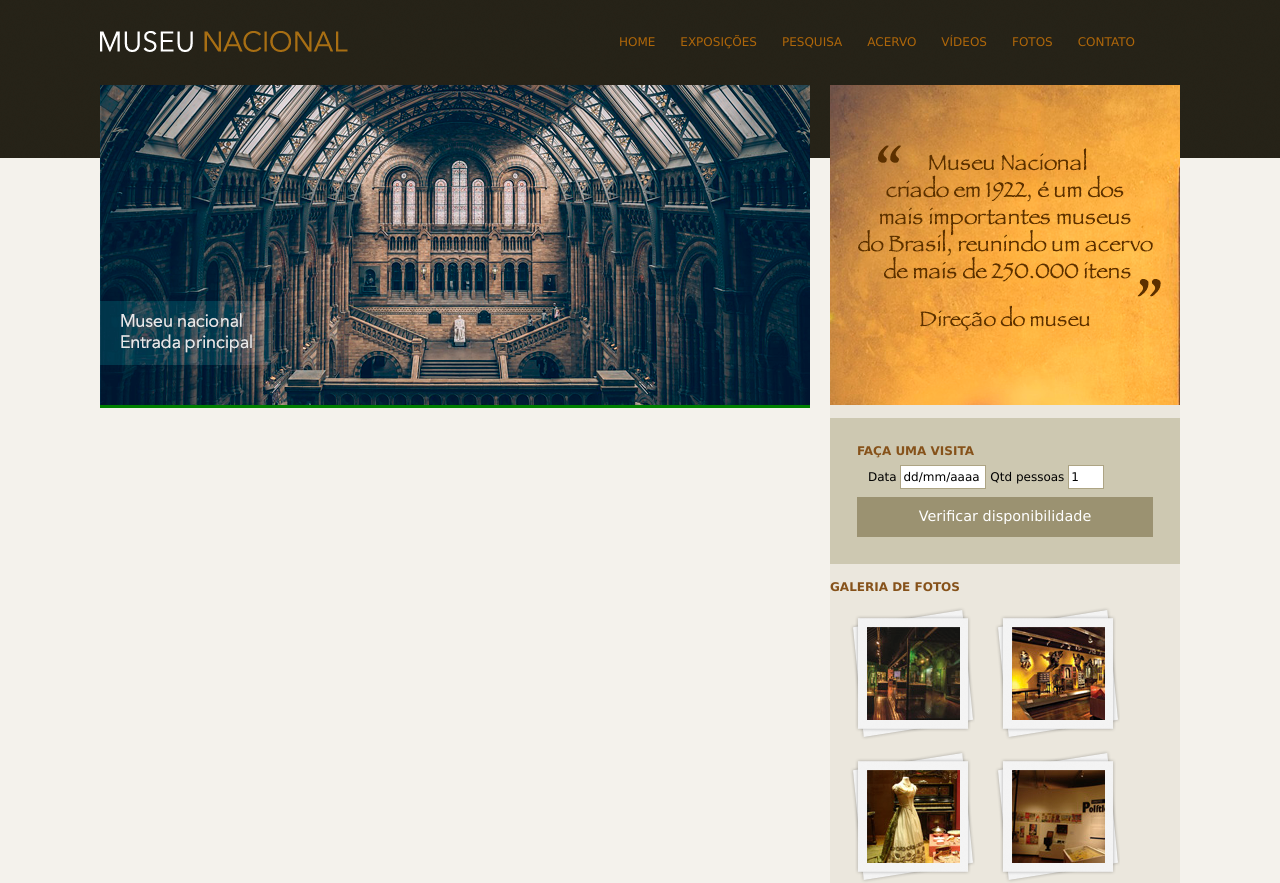
Repository: GustavoScopinho/Museu-Nacional
Page: index.html
An editor plug-in stored every save of this project. The page is shown before and after the next save, followed by the edit.
The browser window is 1280 px wide. The pictures show the whole page.

Above is the page before, as saved 2022-07-05 01:32:11.

After the next save:
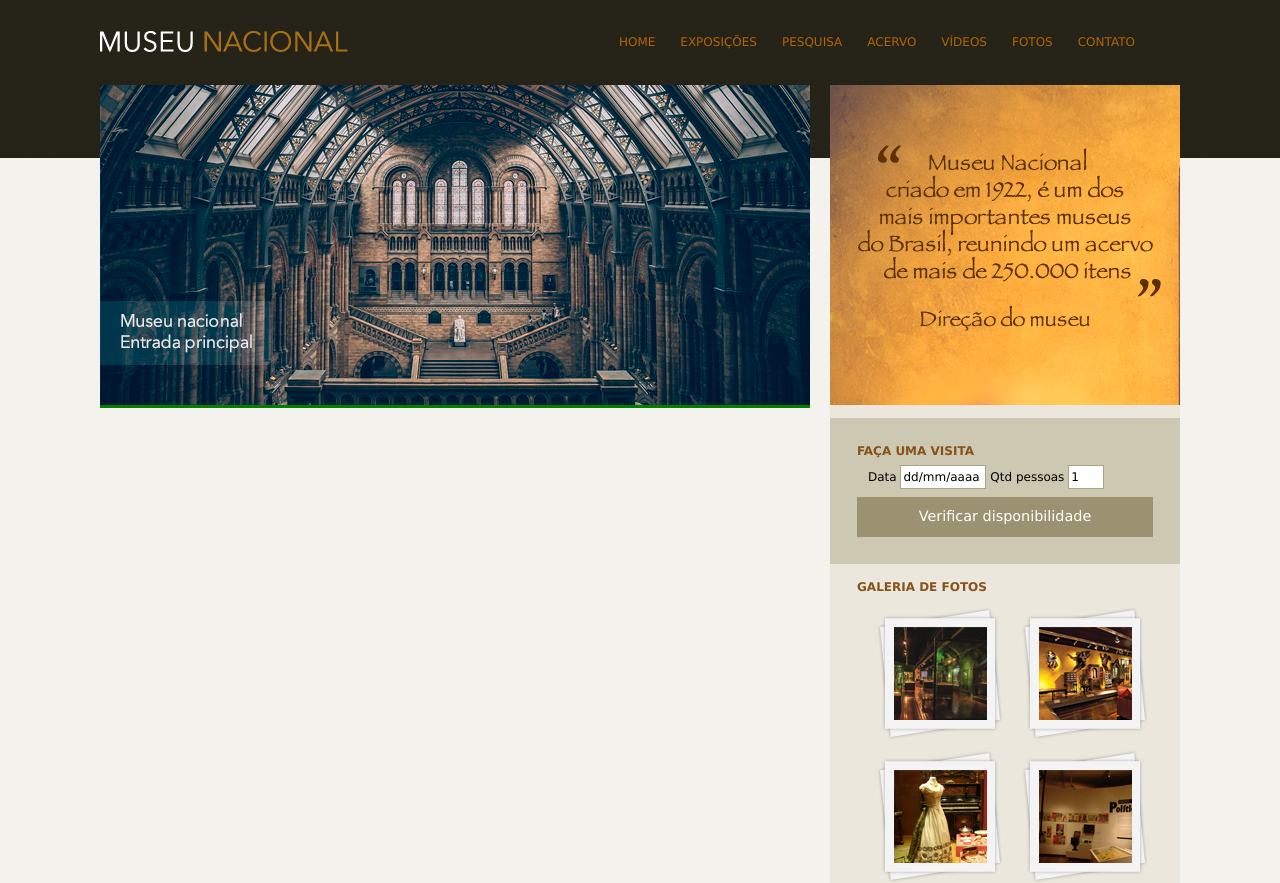
Saved 7 s later.
--- a/css/style.css
+++ b/css/style.css
@@ -77,7 +77,7 @@
   margin-top: 10px;
 }
 section#galeria {
-  padding-bottom: 0 27px 0 27px;
+  padding: 0 27px 0 27px;
 }
 
 section#galeria a {
